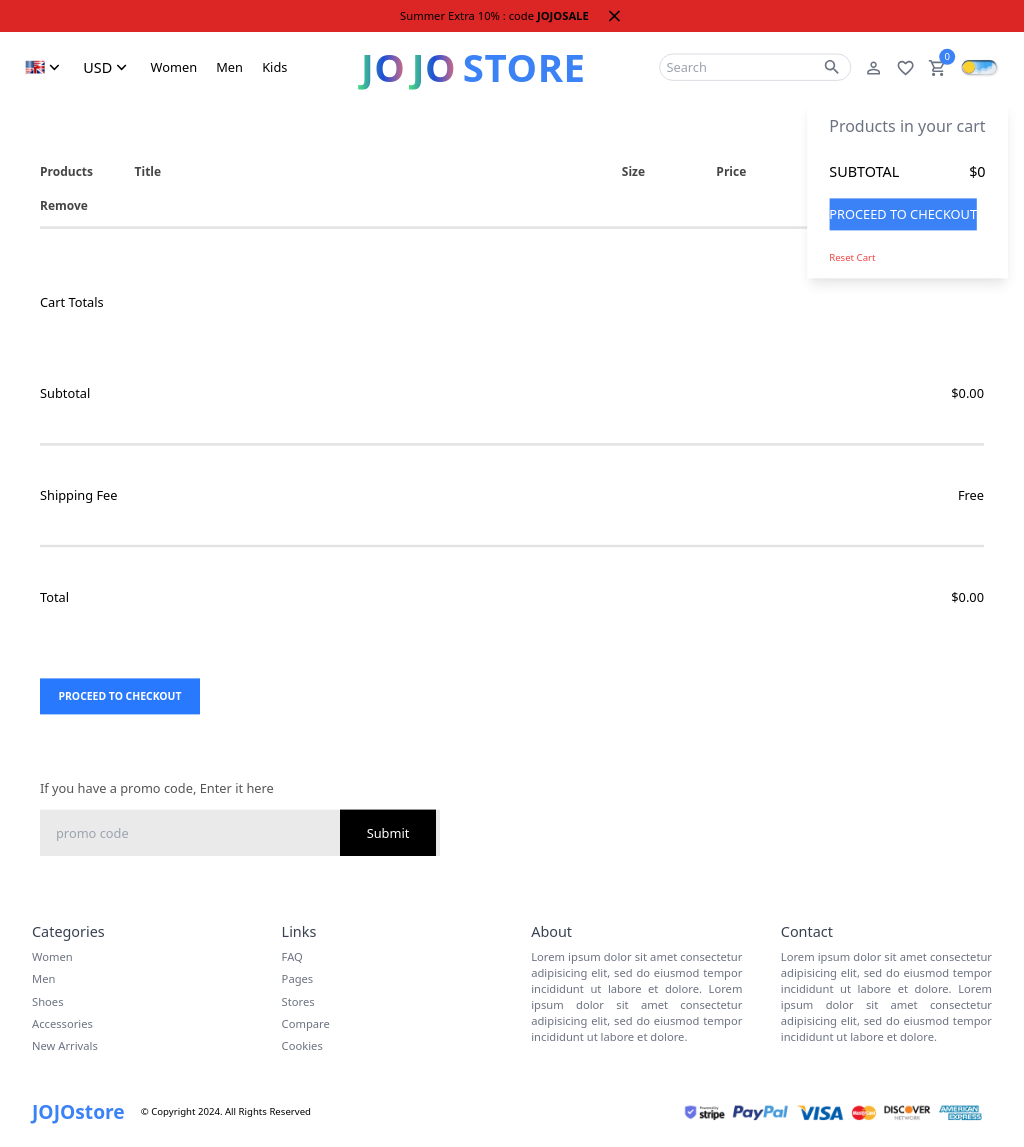
Repository: AiTrinh303/JOJO-STORE
Page: /cartpage, after clicking the first element matching `div.icons > :nth-child(4)`
An editor plug-in stored every save of this project. The page is shown before and after the next save, followed by the edit.
The browser window is 1280 px wide. The pictures show the whole page, at 80% of full size.
The project was rebuilt for these pictures with package versions that can differ from the ones it lists, and the page was loaded fresh each time. Also part of the build but not shown: vite.config.js, src/components/Slider/Slide1.jsx, src/components/Slider/Slide2.jsx, src/components/Slider/Slide3.jsx, src/components/Slider/Slider.scss, src/components/Slider/Slider.jsx, src/components/Card.jsx, src/assets/featured_data.js and 17 more.

Above is the page before, as saved 2024-06-12 11:53:50.

### index.html
<!doctype html>
<html lang="en">
  <head>
    <meta charset="UTF-8" />
    <link rel="icon" type="image/svg+xml" href="/vite.svg" />
    <meta name="viewport" content="width=device-width, initial-scale=1.0" />
    <title>JOJO-STORE</title>
  </head>
  <body>
    <div id="root"></div>
    <script type="module" src="/src/main.jsx"></script>
  </body>
</html>

### src/main.jsx
import React from 'react'
import ReactDOM from 'react-dom/client'
import App from './App.jsx'
import './index.css'

// import "slick-carousel/slick/slick.css";
// import "slick-carousel/slick/slick-theme.css";

ReactDOM.createRoot(document.getElementById('root')).render(
  <React.StrictMode>
    <App />
  </React.StrictMode>,
)

### src/App.jsx
import { useEffect } from "react";
import { createBrowserRouter, RouterProvider, Outlet } from "react-router-dom";

//Context
import ShopContextProvider  from "./Context/ShopContext";

//Pages
import Footer from "./components/Footer";
import Header from "./components/Header/Header";
import Home from "./pages/Home";
import ShopCategory from "./pages/ShopCategory";
import Product from "./pages/Product";
import Wishlists from "./pages/Wishlists/Wishlists";
import LoginSignUp from "./pages/LoginSignUp/LoginSignUp";
import Register from "./pages/Register/Register";
import CartPage from "./pages/CartPage/CartPage";
import FilteredProductList from "./pages/FilteredProductList";
import BackToTopButton from "./components/BackToTopButton";

//Styles
import AOS from 'aos';
import 'aos/dist/aos.css';
import women_banner from './assets/banner_women.png';
import men_banner from './assets/banner_men.png';
import kids_banner from './assets/banner_kids.png';

const Layout = () => {
  return (
    <div className="app">
      <Header />
      <Outlet />
      <Footer />
      <BackToTopButton />
    </div>
  );
};

const router = createBrowserRouter([
  {
    path: "/",
    element: <Layout />,
    children: [
      {
        path: "/",
        element: <Home />,
      },
      {
        path: "/women",
        element: <ShopCategory banner = {women_banner} category = "women"/>,
      },
      {
        path: "/men",
        element: <ShopCategory banner = {men_banner} category = "men"/>,
      },
      {
        path: "/kids",
        element: <ShopCategory banner = {kids_banner} category = "kids"/>,
      },
      {
        path: "/product",
        element: <Product />,
        children: [
          {
            path: ":productId",
            element: <Product />,
          },
        ],
      },
      {
        path: "/filtered-products",
        element: <FilteredProductList />,
      },
      {
        path: "/cartpage",
        element: <CartPage />,
      },

      {
        path: "/wishlists",
        element: <Wishlists />,
      },

      {
        path: "/loginsignup",
        element: <LoginSignUp />,
      },
      {
        path: "/register",
        element: <Register />,
      }
    ]
  },
]);

function App() {
  useEffect(() => {
    AOS.init({
      offset: 200,
      duration: 1000,
      delay: 150,
    });
    AOS.refresh();
  }, []);
  return (
    <ShopContextProvider>

          <RouterProvider router={router} />

    </ShopContextProvider>
  );
}

export default App;

### src/index.css
@tailwind base;
@tailwind components;
@tailwind utilities;


.dark {
    background-color: black;
    color: #ffffff;

  }

.light {
    background-color: #ffffff;
    color: #000000;
  }

### src/Context/ShopContext.jsx
import { createContext, useReducer } from "react";
import all_product from '../assets/all_product';
import { shopReducer, initialState } from "./Reducer/shopReducer";

export const ShopContext = createContext(null);


const ShopContextProvider = (props) => {
    const [state, dispatch] = useReducer(shopReducer, initialState);

    const addToCart = (itemId, quantity = 1) => {
        dispatch({ type: "ADD_TO_CART", payload: { itemId, quantity } });
    };

    const removeFromCart = (itemId) => {
        dispatch({ type: "REMOVE_FROM_CART", payload: { itemId } });
    };

    const resetCart = () => {
        dispatch({ type: "RESET_CART" });
    };

    const addToWishlist = (itemId) => {
        dispatch({ type: "ADD_TO_WISHLIST", payload: { itemId } });
    };

    const removeFromWishlist = (itemId) => {
        dispatch({ type: "REMOVE_FROM_WISHLIST", payload: { itemId } });
    };

    const getTotalCartAmount = () => {
        let totalAmount = 0;
        for (const item in state.cartItems) {
            if (state.cartItems[item] > 0) {
                let itemInfo = all_product.find((product) => product.id === Number(item));
                if (itemInfo) {
                    totalAmount += itemInfo.new_price * state.cartItems[item];
                }
            }
        }
        return totalAmount;
    };

    const getTotalCartItems = () => {
        let totalItems = 0;
        for (const item in state.cartItems) {
            if (state.cartItems[item] > 0) {
                totalItems += state.cartItems[item];
            }
        }
        return totalItems;
    };

    const contextValue = {
        all_product,
        cartItems: state.cartItems,
        wishlist: state.wishlist,
        addToCart,
        removeFromCart,
        resetCart,
        getTotalCartAmount,
        getTotalCartItems,
        addToWishlist,
        removeFromWishlist
    };

    return (
        <ShopContext.Provider value={contextValue}>
            {props.children}
        </ShopContext.Provider>
    );
};

export default ShopContextProvider;

### src/components/Footer.jsx
import React from "react";

const Footer = () => {
  return (
    <div className="footer mx-10 my-5">
      <div className="top flex gap-12">
        <div className="item flex-1 flex flex-col gap-2 text-justify text-sm">
          <h1 className="text-lg font-medium text-gray-700">Categories</h1>
          <span className="text-gray-500">Women</span>
          <span className="text-gray-500">Men</span>
          <span className="text-gray-500">Shoes</span>
          <span className="text-gray-500">Accessories</span>
          <span className="text-gray-500">New Arrivals</span>
        </div>
        <div className="item flex-1 flex flex-col gap-2 text-justify text-sm">
          <h1 className="text-lg font-medium text-gray-700">Links</h1>
          <span className="text-gray-500">FAQ</span>
          <span className="text-gray-500">Pages</span>
          <span className="text-gray-500">Stores</span>
          <span className="text-gray-500">Compare</span>
          <span className="text-gray-500">Cookies</span>
        </div>
        <div className="item flex-1 flex flex-col gap-2 text-justify text-sm">
          <h1 className="text-lg font-medium text-gray-700">About</h1>
          <span className="text-gray-500">
            Lorem ipsum dolor sit amet consectetur adipisicing elit, sed do
            eiusmod tempor incididunt ut labore et dolore. Lorem ipsum dolor sit
            amet consectetur adipisicing elit, sed do eiusmod tempor incididunt
            ut labore et dolore.
          </span>
        </div>
        <div className="item flex-1 flex flex-col gap-2 text-justify text-sm">
          <h1 className="text-lg font-medium text-gray-700">Contact</h1>
          <span className="text-gray-500">
            Lorem ipsum dolor sit amet consectetur adipisicing elit, sed do
            eiusmod tempor incididunt ut labore et dolore. Lorem ipsum dolor sit
            amet consectetur adipisicing elit, sed do eiusmod tempor incididunt
            ut labore et dolore.
          </span>
        </div>
      </div>
      <div className="bottom flex items-center justify-between mt-12">
        <div className="left flex items-center">
          <span className="logo text-blue-500 font-bold text-2xl">JOJOstore</span>
          <span className="copyright ml-5 text-xs text-black-500">
            © Copyright 2024. All Rights Reserved
          </span>
        </div>
        <div className="right">
          <img src="src/assets/payment.png" alt="payment" className="h-12" />
        </div>
      </div>
    </div>
  );
};

export default Footer;

### src/components/Header/Header.jsx

import NavbarExtra from './NavbarExtra'
import Navbar from './Navbar'

const Header = () => {
  return (
    <div>
      <NavbarExtra />
      <Navbar />
    </div>
  )
}

export default Header

### src/components/BackToTopButton.jsx
// components/BackToTopButton.js
import { useState, useEffect } from 'react';
import ArrowCircleUpIcon from '@mui/icons-material/ArrowCircleUp';

const BackToTopButton = () => {
  const [showButton, setShowButton] = useState(false);

  useEffect(() => {
    const handleScroll = () => {
      if (window.pageYOffset > 300) {
        setShowButton(true);
      } else {
        setShowButton(false);
      }
    };

    window.addEventListener('scroll', handleScroll);

    return () => {
      window.removeEventListener('scroll', handleScroll);
    };
  }, []);

  const scrollToTop = () => {
    window.scrollTo({
      top: 0,
      behavior: 'smooth',
    });
  };

  return (
    showButton && (
      <button
        onClick={scrollToTop}
        style={{
          position: 'fixed',
          bottom: '50px',
          right: '50px',
          padding: '10px 10px',
          fontSize: '16px',
          backgroundColor: 'blue',
          color: '#fff',
          border: 'none',
          borderRadius: '50px',
          cursor: 'pointer',
          zIndex: 1000,
        }}
      >
        <ArrowCircleUpIcon />
      </button>
    )
  );
};

export default BackToTopButton;

### src/Context/Reducer/shopReducer.jsx

import all_product from "../../assets/all_product";

const getDefaultValue = () => {
    let cart = {};
    for (let index = 0; index < all_product.length; index++) {
        cart[index] = 0;
    }
    return cart;
};

export const initialState = {
    cartItems: getDefaultValue(),
    wishlist: []
};

export const shopReducer = (state, action) => {
    switch (action.type) {
        case "ADD_TO_CART":
            return {
                ...state,
                cartItems: {
                    ...state.cartItems,
                    [action.payload.itemId]: (state.cartItems[action.payload.itemId] || 0) + action.payload.quantity
                }
            };
        case "REMOVE_FROM_CART":
            return {
                ...state,
                cartItems: {
                    ...state.cartItems,
                    [action.payload.itemId]: state.cartItems[action.payload.itemId] - 1
                }
            };
        case "RESET_CART":
            return {
                ...state,
                cartItems: getDefaultValue()
            };
        case "ADD_TO_WISHLIST":
            return {
                ...state,
                wishlist: [...state.wishlist, action.payload.itemId]
            };
        case "REMOVE_FROM_WISHLIST":
            return {
                ...state,
                wishlist: state.wishlist.filter(id => id !== action.payload.itemId)
            };
        default:
            return state;
    }
};

### src/components/Header/NavbarExtra.jsx
import CloseIcon from '@mui/icons-material/Close';
import LocalShippingIcon from '@mui/icons-material/LocalShipping';
import ContactMailIcon from '@mui/icons-material/ContactMail';
import SyncAltIcon from '@mui/icons-material/SyncAlt';
import { useState } from 'react';

const NavbarExtra = () => {
  const [showSale, setShowSale] = useState(true);

  return (
    <div data-aos="fade-down" className="navbar h-12">
      {showSale ? (
        <div className="wrapper py-2 px-4 md:px-10 flex items-center justify-center items-center gap-5 bg-red-600 text-black-600 text-xs md:text-sm">
          <div>
            <p>Summer Extra 10% : code <strong>JOJOSALE</strong></p>
          </div>
          <div>
            <CloseIcon onClick={() => setShowSale(false)} className="text-black-700 hover:text-black-900"/>
          </div>
        </div>
      ) : (
        <div className="wrapper py-2 px-4 md:px-10 flex flex-col md:flex-row items-center justify-between bg-gray-200 text-gray-500 text-xs md:text-sm">
          <div className="my-1 md:my-0">
            <p><ContactMailIcon className='px-1'/>Help and Contact</p>
          </div>
          <div className="my-1 md:my-0">
            <p><LocalShippingIcon className='px-1'/>Free standard delivery over €50 & free return*</p>
          </div>
          <div className="my-1 md:my-0">
            <p><SyncAltIcon className='px-1'/>100-day return policy</p>
          </div>
        </div>
      )}
    </div>
  );
};

export default NavbarExtra;

### src/pages/LoginSignUp/LoginSignUp.scss
section {
    height: 90vh;
    display: flex;
    align-items: center;
    justify-content: center;
    flex-direction: column;
  }

  h1 {
    font-size: 3.6rem;
  }

  input {
    min-width: 15rem;
    padding: 0.5rem;
    color: black;
    cursor: pointer;
    transition: 0.5s;
    font-size: 0.8rem;
    margin-top: 2rem;
    letter-spacing: 2px;
  }

  input:nth-child(3) {

    background-color: #2a6aa5;
    border: 1px solid transparent;
  }

  input:nth-child(3):hover {
    color: #2a6aa5;
    border: 1px solid #2a6aa5;
    background-color: white;
  }

  form {
    display: flex;
    flex-direction: column;
  }

### src/pages/Register/Register.scss
section {
    height: 90vh;
    display: flex;
    align-items: center;
    justify-content: center;
    flex-direction: column;
  }

  h1 {
    font-size: 3.6rem;
  }

  input {
    min-width: 15rem;
    padding: 0.5rem;
    color: black;
    cursor: pointer;
    transition: 0.5s;
    font-size: 0.8rem;
    margin-top: 2rem;
    letter-spacing: 2px;
  }

  input:nth-child(4) {

    background-color: #2a6aa5;
    border: 1px solid transparent;
  }

  input:nth-child(4):hover {
    color: #2a6aa5;
    border: 1px solid #2a6aa5;
    background-color: white;
  }

  form {
    display: flex;
    flex-direction: column;
  }

### src/pages/CartPage/CartPage.css
.cart-items {
    margin: 100px 170px;
}

.cart-items hr {
    height: 3px;
    background: #e2e2e2;
    border: none;
}

.cart-items-format-main {
    display: grid;
    grid-template-columns: 0.5fr 2fr 1fr 1fr 1fr 1fr 1fr;
    align-items: center;
    gap: 75px;
    padding: 20px 0px;
    color: #454545;
    font-size: 18px;
    font-weight: 600;
}

.cart-items-format {
    font-size: 17px;
    font-weight: 500;
}

.cart-icon-product-icon {
    height: 62px;
}

.cart-items-remove-icon {
    width: 15px;
    margin: 0px 40px;
    cursor: pointer;
}

.cart-items-quantity {
    width: 64px;
    height: 50px;
    border: 2px solid #ebebeb;
    background: #fff;
}

.cart-items-quantity-controls {
    display: flex;
    align-items: center;
}

.cart-items-quantity-controls button {
    background: none;
    border: none;
    font-size: 18px;
    cursor: pointer;
    margin: 0 5px;
}

.cart-items-down {
    display: flex;
    margin: 100px 0px;
}

.cart-items-total {
    flex: 1;
    display: flex;
    flex-direction: column;
    margin-right: 200px;
    gap: 40px;
}

.cart-items-total-item {
    display: flex;
    justify-content: space-between;
    padding: 50px 0px;
}

.cart-items-total button {
    width: 262px;
    height: 58px;
    outline: none;
    border: none;
    background: #2879fe;
    color: #fff;
    font-size: 16px;
    font-weight: 600;
    cursor: pointer;
}

.cart-items-promo-code {
    flex: 1;
    font-size: 16px;
    font-weight: 500;
}

.cart-items-promo-code p {
    color: #555;
}

.cart-items-promo-box {
    display: flex;
    width: 534px;
    margin-top: 15px;
    padding-left: 20px;
    height: 58px;
    background: #eaeaea;
}

.cart-items-promo-box input {
   border: none;
   outline: none;
   background: transparent;
   font-size: 16px;
   width: 360px;

}

.cart-items-promo-box button {
    width: 170px;
    font-size: 16px;
    background: black;
    color: white;
    cursor: pointer;
}

@media(max-width: 1280px) {
    .cart-items {
        margin: 60px 50px;
    }
    .cart-items-format-main {
        grid-template-columns: 0.5fr 3fr 0.5fr 0.5fr 0.5fr 0.5fr;
        gap: 20px;
        padding: 15px 0px;
        font-size: 15px;
    }
    .cart-icon-product-icon {
        height: 50px;
    }
    .cart-items-remove-icon {
        margin: auto;
    }
    .cart-items-quantity {
        width: 40px;
        height: 30px;
    }
    .cart-items-down {
        margin : 80px 0px;
        flex-direction: column;
        gap: 80px;
    }
    .cart-items-total {
        margin: 0;
    }
    .cart-items-total button {
        max-width: 200px;
        height: 45px;
        font-size: 13px;
    }
    .cart-items-promo-box {
        width: auto;
        max-width: 500px;
    }
    .cart-items-promo-box input {
        width: 100%;
    }
    .cart-items-promo-box button {
        width: 120px;
        margin-left: -125px;
    }
}

@media (max-width: 500px) {
    .cart-items-format-main {
        display: none;
    }
    .cart-items-format {
        display: grid;
        grid-template-columns: 0.5fr 3fr 0.5fr;
        gap: 10px;
    }
}

### src/components/Cart.jsx
import { useContext } from 'react';
import DeleteOutlinedIcon from "@mui/icons-material/DeleteOutlined";
import { useNavigate } from "react-router-dom";
import { ShopContext } from '../Context/ShopContext';

const Cart = () => {
  const navigate = useNavigate();
  const { all_product, cartItems, removeFromCart, resetCart, getTotalCartAmount } = useContext(ShopContext);

  const handleCheckout = () => {
    navigate('/cartpage');
    window.scrollTo(0, 0);
  };

  return (
    <div className="absolute top-20 right-5 z-50 bg-white px-7 py-4 shadow-lg">
      <h1 className="mb-7 text-gray-500 font-normal text-xl">Products in your cart</h1>
      {all_product.map((item) => {
        if (cartItems[item.id] > 0) {
          return (
            <div className="item flex items-center gap-5 mb-7" key={item.id}>
              <img src={item.image} alt="" className="w-20 h-24 object-cover" />
              <div className="details">
                <h1 className="text-lg font-medium">{item.title}</h1>
                <p className="text-gray-500 mb-2 text-sm">
                  {item.desc?.substring(0, 100)}
                </p>
                <div className="price text-blue-500">
                  {cartItems[item.id]} x ${item.new_price}
                </div>
              </div>
              <DeleteOutlinedIcon
                className="delete text-red-500 text-2xl cursor-pointer"
                onClick={() => removeFromCart(item.id)}
              />
            </div>
          );
        }
        return null;
      })}
      <div className="total flex justify-between font-medium text-lg mb-5">
        <span>SUBTOTAL</span>
        <span>${getTotalCartAmount()}</span>
      </div>
      <button
        className="w-62 py-2 flex items-center justify-center gap-5 cursor-pointer border-none bg-blue-500 text-white font-medium mb-5"
        onClick={handleCheckout}
      >
        PROCEED TO CHECKOUT
      </button>
      <span
        className="reset text-red-500 text-xs cursor-pointer"
        onClick={resetCart}
      >
        Reset Cart
      </span>
    </div>
  );
};

export default Cart;

### src/components/Header/DarkMode.jsx
import LightButton from "../../assets/light-mode-button.png";
import DarkButton from "../../assets/dark-mode-button.png";
import { useEffect, useState } from "react";

const DarkMode = () => {
  const [theme, setTheme] = useState(
    localStorage.getItem("theme") ? localStorage.getItem("theme") : "light"
  );

  const element = document.documentElement; // html element

 useEffect(() => {
    if (theme === "dark") {
      element.classList.add("dark");
      localStorage.setItem("theme", "dark");
    } else {
      element.classList.remove("dark");
      localStorage.setItem("theme", "light");
    }
  }, [theme]);

  return (
    <div className="relative">
      <img
        src={LightButton}
        alt=""
        onClick={() => setTheme(theme === "light" ? "dark" : "light")}
        className={`w-12 cursor-pointer drop-shadow-[1px_1px_1px_rgba(0,0,0,0.1)] transition-all duration-300 absolute right-0 z-10 ${
          theme === "dark" ? "opacity-0" : "opacity-100"
        } `}
      />
      <img
        src={DarkButton}
        alt=""
        onClick={() => setTheme(theme === "light" ? "dark" : "light")}
        className="w-12 cursor-pointer drop-shadow-[1px_1px_1px_rgba(0,0,0,0.1)] transition-all duration-300"
      />
    </div>
  );
};

export default DarkMode;

Loaded but not shown: tailwind.config.js (common file); src/assets/all_product.js (906 lines, source omitted); src/components/Header/Navbar.jsx (105 lines, source omitted); src/pages/CartPage/CartPage.jsx (82 lines, source omitted)

After the next save:
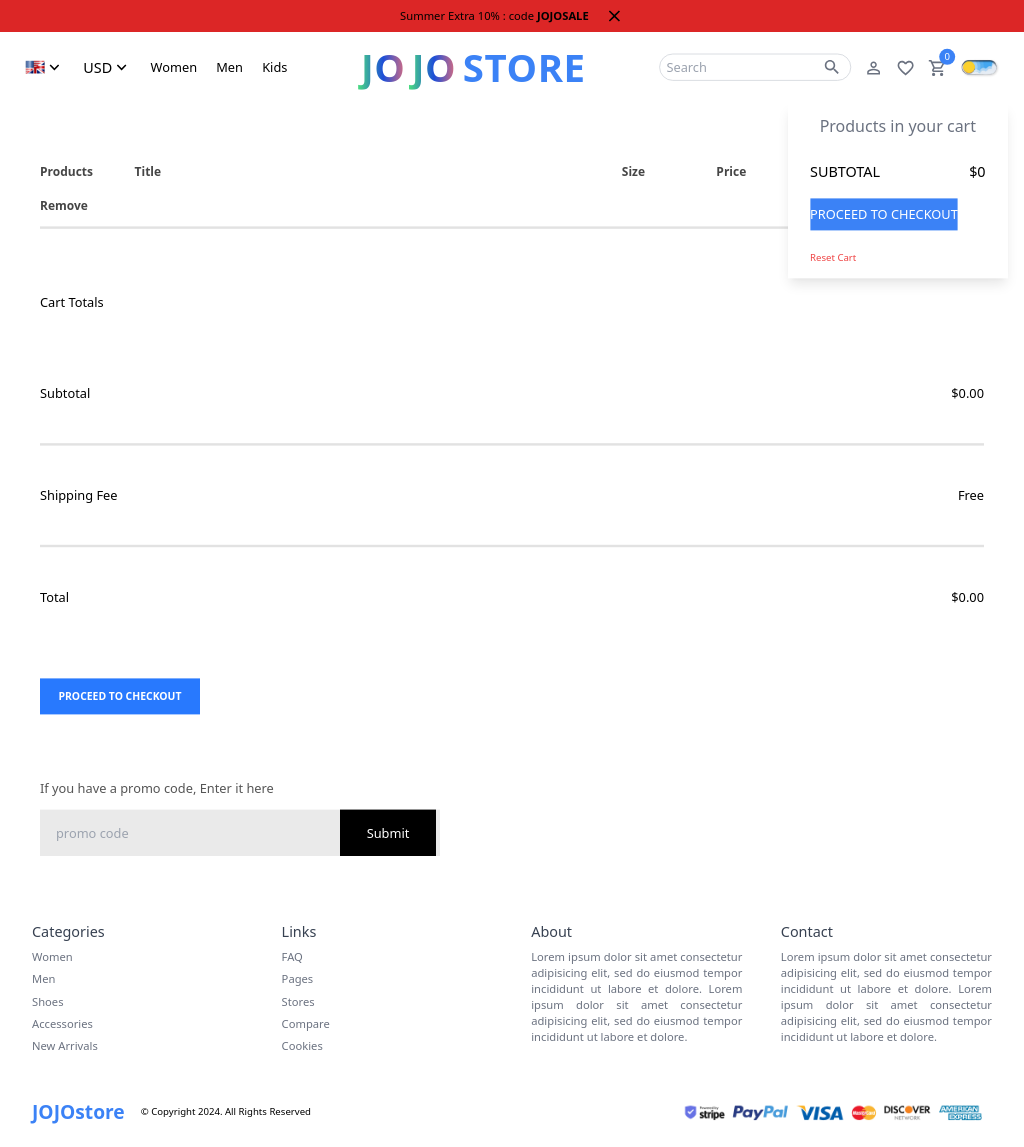
Saved 2 min 39 s later.
--- a/src/components/Cart.jsx
+++ b/src/components/Cart.jsx
@@ -14,7 +14,7 @@ const Cart = () => {
 
   return (
     <div className="absolute top-20 right-5 z-50 bg-white px-7 py-4 shadow-lg">
-      <h1 className="mb-7 text-gray-500 font-normal text-xl">Products in your cart</h1>
+      <h1 className="mb-7 px-3 text-gray-500 font-normal text-xl">Products in your cart</h1>
       {all_product.map((item) => {
         if (cartItems[item.id] > 0) {
           return (
